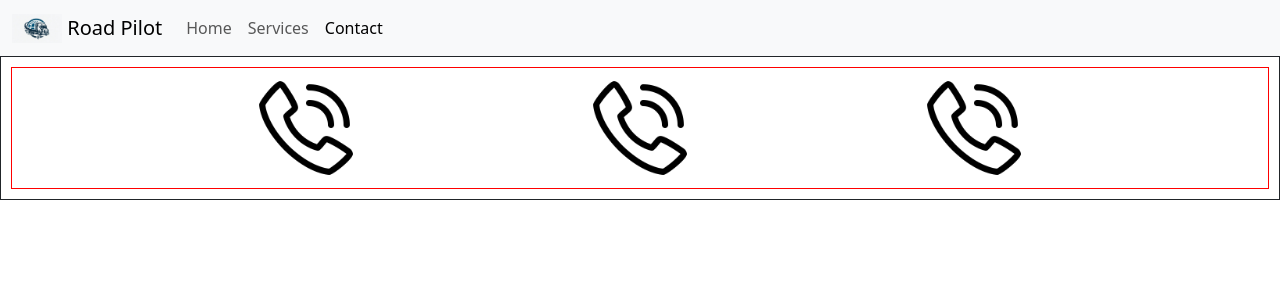
Repository: VictoriousMango/WebCreator
Page: pages/contact.html
These files come from the project's save history. The page is drawn as it stood at one moment and after the next save; the edit follows.
The browser window is 1280 px wide. The pictures show the whole page.

Above is the page before, as saved 2024-11-09 12:39:49.

### pages/contact.html
<!DOCTYPE html>
<html lang="en">

<head>
    <meta charset="UTF-8">
    <meta name="viewport" content="width=device-width, initial-scale=1.0">
    <title>Web Creator</title>
    <link href="https://cdn.jsdelivr.net/npm/bootstrap@5.3.3/dist/css/bootstrap.min.css" rel="stylesheet"
        integrity="sha384-QWTKZyjpPEjISv5WaRU9OFeRpok6YctnYmDr5pNlyT2bRjXh0JMhjY6hW+ALEwIH" crossorigin="anonymous">
    <link rel="stylesheet" href="../assets/css/contact.css">
</head>

<body>
    <!-- Navbar -->
    <nav class="navbar navbar-expand-lg bg-body-tertiary">
        <div class="container-fluid">
            <a class="navbar-brand" href="#">
                <img src="../assets/images/Logo.png" alt="Logo" width="50px" class="d-inline-block align-text-top">
                Road Pilot
            </a>
            <button class="navbar-toggler" type="button" data-bs-toggle="collapse" data-bs-target="#navbarNav"
                aria-controls="navbarNav" aria-expanded="false" aria-label="Toggle navigation">
                <span class="navbar-toggler-icon"></span>
            </button>
            <div class="collapse navbar-collapse" id="navbarNav">
                <ul class="navbar-nav">
                    <li class="nav-item">
                        <a class="nav-link" href="../">Home</a>
                    </li>
                    <li class="nav-item">
                        <a class="nav-link" href="./services.html">Services</a>
                    </li>
                    <li class="nav-item">
                        <a class="nav-link active" aria-current="page" href="#">Contact</a>
                    </li>
                </ul>
            </div>
        </div>
    </nav>
    <!-- NavBar -->

    <!-- Contact -->
    <div class="contact">
        <!-- div for icons -->
         <div class="contact__links">
            <!-- phone number -->
             <img class="contact__linksIMG" src="../assets/images/contact__phone.png" alt="">
             <img class="contact__linksIMG" src="../assets/images/contact__phone.png" alt="">
             <img class="contact__linksIMG" src="../assets/images/contact__phone.png" alt="">

            <!-- Social Media Links -->
         </div>
    </div>
    <!-- Contact -->
    <!-- Scripts -->
    <script src="https://cdn.jsdelivr.net/npm/bootstrap@5.3.3/dist/js/bootstrap.bundle.min.js"
        integrity="sha384-YvpcrYf0tY3lHB60NNkmXc5s9fDVZLESaAA55NDzOxhy9GkcIdslK1eN7N6jIeHz"
        crossorigin="anonymous"></script>
    <script src="https://cdn.jsdelivr.net/npm/@popperjs/core@2.11.8/dist/umd/popper.min.js"
        integrity="sha384-I7E8VVD/ismYTF4hNIPjVp/Zjvgyol6VFvRkX/vR+Vc4jQkC+hVqc2pM8ODewa9r"
        crossorigin="anonymous"></script>
    <script src="https://cdn.jsdelivr.net/npm/bootstrap@5.3.3/dist/js/bootstrap.min.js"
        integrity="sha384-0pUGZvbkm6XF6gxjEnlmuGrJXVbNuzT9qBBavbLwCsOGabYfZo0T0to5eqruptLy"
        crossorigin="anonymous"></script>
</body>

</html>

### assets/css/contact.css
.contact {
    border: 1px solid;
    padding: 10px;
}

.contact__links {
    display: flex;
    justify-content: space-evenly;
    border: 1px solid red;
    padding: 10px;
}

.contact__linksIMG {
    width: 100px;
}

After the next save:
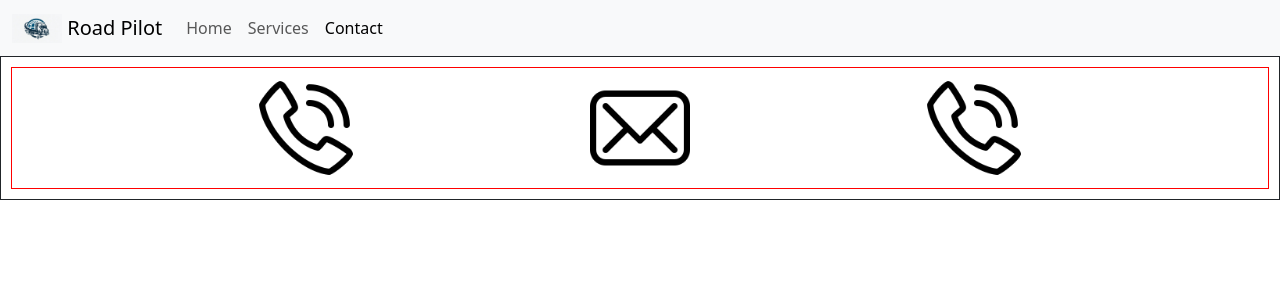
Saved 12 s later.
--- a/pages/contact.html
+++ b/pages/contact.html
@@ -45,7 +45,7 @@
          <div class="contact__links">
             <!-- phone number -->
              <img class="contact__linksIMG" src="../assets/images/contact__phone.png" alt="">
-             <img class="contact__linksIMG" src="../assets/images/contact__phone.png" alt="">
+             <img class="contact__linksIMG" src="../assets/images/contact__email.png" alt="">
              <img class="contact__linksIMG" src="../assets/images/contact__phone.png" alt="">
 
             <!-- Social Media Links -->
